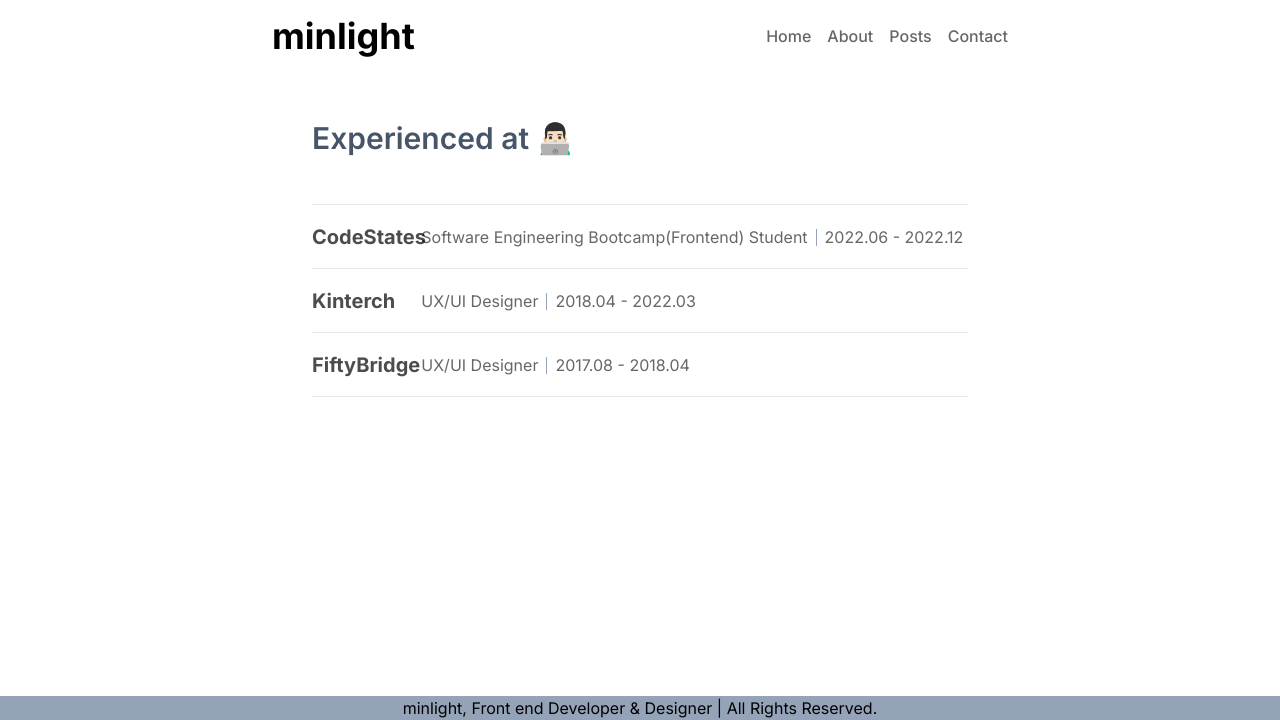
Repository: kwngmin/minlight-blog
Page: /about
An editor plug-in stored every save of this project. The page is shown before and after the next save, followed by the edit.
The browser window is 1280 px wide. The pictures show the whole page.
The project was rebuilt for these pictures with package versions that can differ from the ones it lists, and the page was loaded fresh each time. The framework's server and built-in components were replaced by stand-ins that run in the browser. Also part of the build but not shown: next.config.js.

Above is the page before, as saved 2023-04-01 00:44:04.

After the next save:
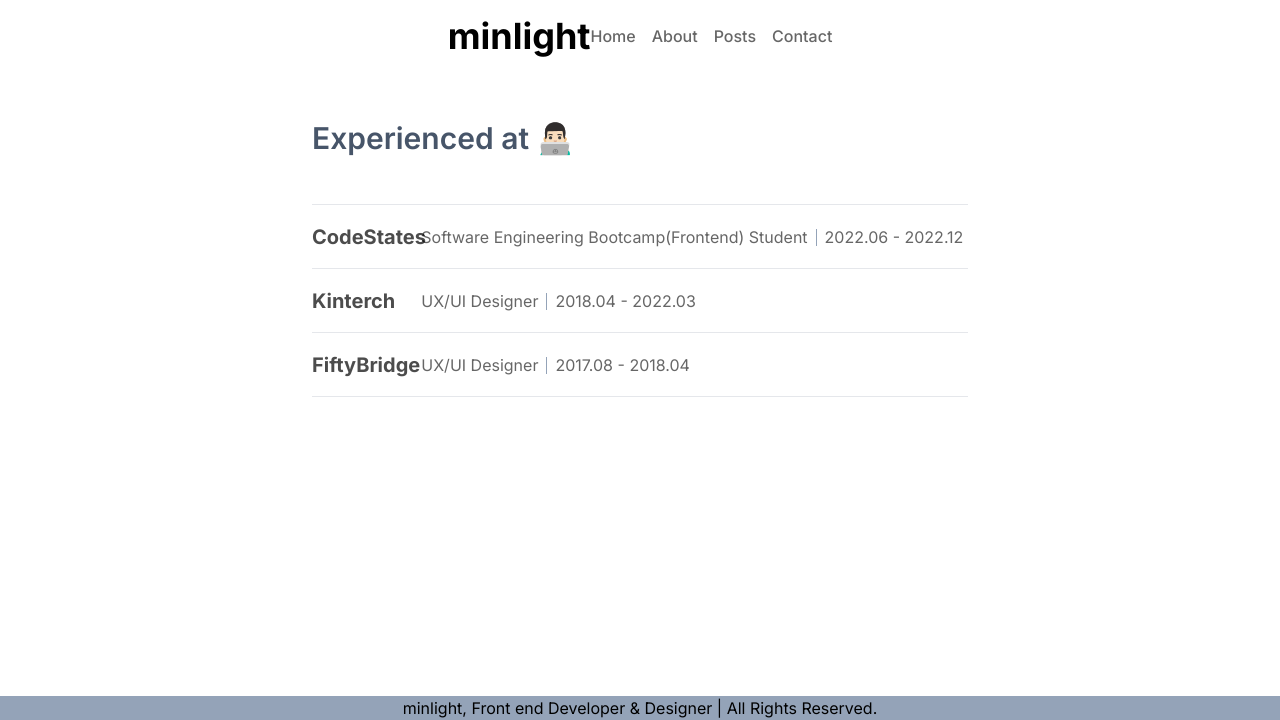
Saved 8 s later.
--- a/src/components/Header.tsx
+++ b/src/components/Header.tsx
@@ -9,23 +9,21 @@
 
 export default function Header() {
   return (
-    <div>
-      <div className="flex justify-between items-center p-4 mx-auto max-w-screen-md">
-        <Link href="/">
-          <h1 className="text-4xl font-bold">minlight</h1>
-        </Link>
-        <nav className="flex gap-4">
-          {navData.map(({ name, path }) => (
-            <Link
-              href={path}
-              key={path}
-              className="text-black/60 hover:text-black font-medium hover:underline decoration-slate-400 hover:decoration-4 underline-offset-8"
-            >
-              {name}
-            </Link>
-          ))}
-        </nav>
-      </div>
+    <div className="flex justify-between items-center p-4 mx-auto max-w-screen-md">
+      <Link href="/">
+        <h1 className="text-4xl font-bold">minlight</h1>
+      </Link>
+      <nav className="flex gap-4">
+        {navData.map(({ name, path }) => (
+          <Link
+            href={path}
+            key={path}
+            className="text-black/60 hover:text-black font-medium hover:underline decoration-slate-400 hover:decoration-4 underline-offset-8"
+          >
+            {name}
+          </Link>
+        ))}
+      </nav>
     </div>
   );
 }

After the save that followed:
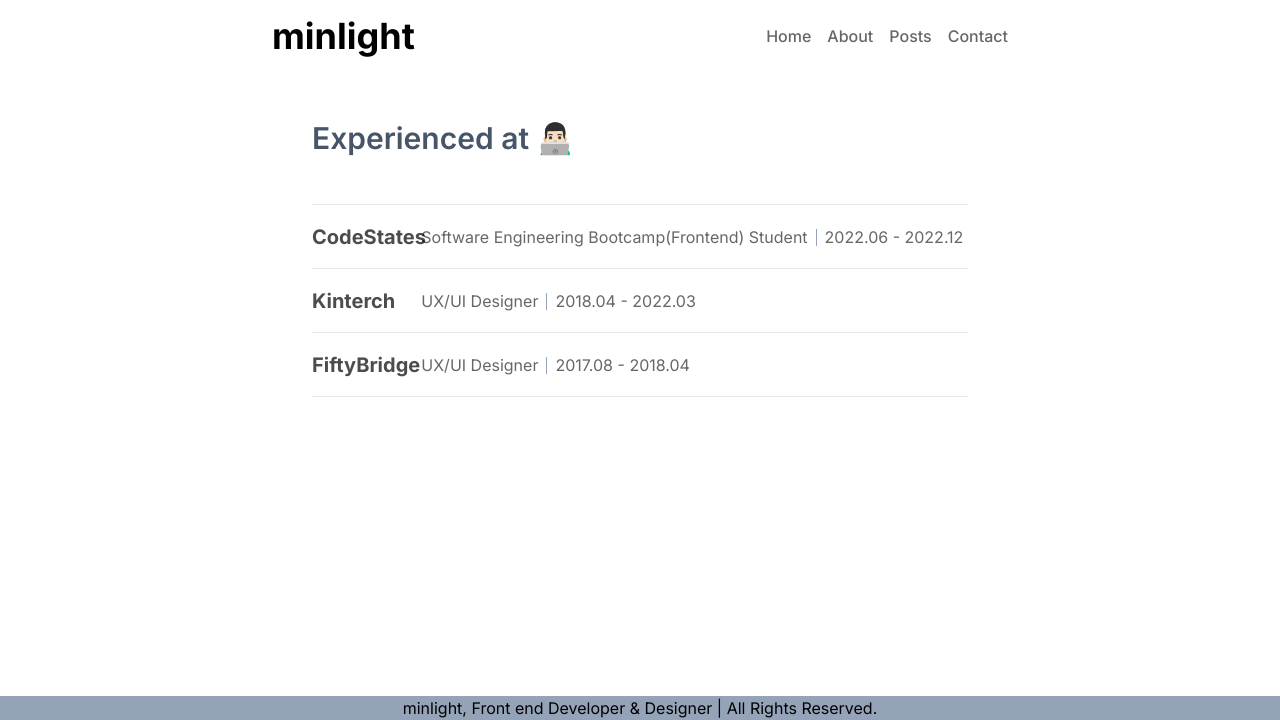
Saved 18 s later.
--- a/src/components/Header.tsx
+++ b/src/components/Header.tsx
@@ -9,7 +9,7 @@
 
 export default function Header() {
   return (
-    <div className="flex justify-between items-center p-4 mx-auto max-w-screen-md">
+    <div className="w-full flex justify-between items-center p-4 mx-auto max-w-screen-md">
       <Link href="/">
         <h1 className="text-4xl font-bold">minlight</h1>
       </Link>
